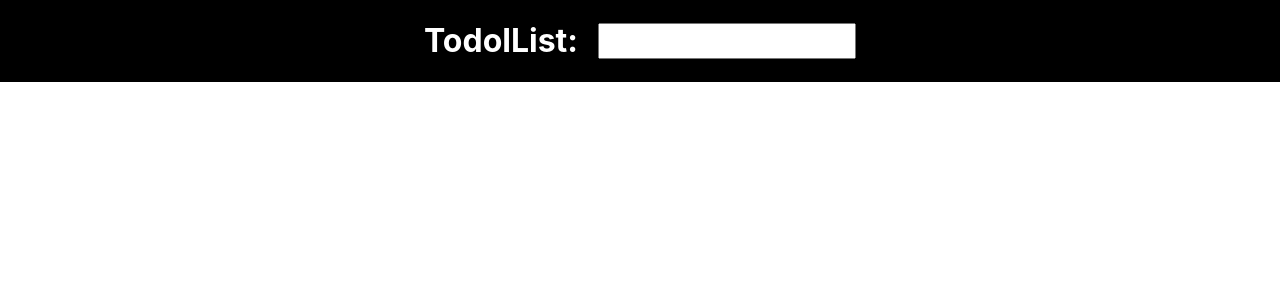
Repository: zhenzhen-gong/react-learning
Page: /login
The author's editor kept a copy of each file at every save. The page is drawn from the files as they stood at one save, then again after the next save.
The browser window is 1280 px wide. The pictures show the whole page.
The project was rebuilt for these pictures with package versions that can differ from the ones it lists, and the page was loaded fresh each time.

Above is the page before, as saved 2021-04-16 17:24:29.

After the next save:
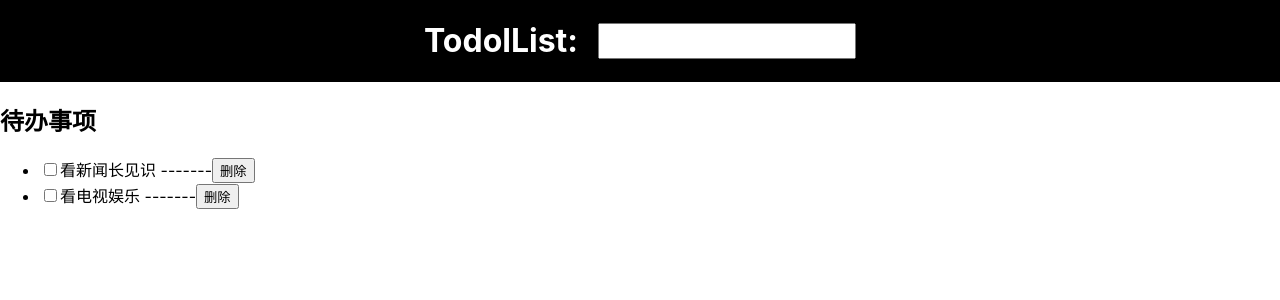
Saved 18 min 18 s later.
--- a/src/component/todolList/todolList.js
+++ b/src/component/todolList/todolList.js
@@ -6,7 +6,28 @@ class TodolList extends Component {
     constructor(props) {
         super(props)
         this.state = {
-            itemList: []
+            itemList: [
+                {
+                    title: '看书学习',
+                    checked: true
+                },
+                {
+                    title: '看新闻长见识',
+                    checked: false
+                },
+                {
+                    title: '踢足球健身',
+                    checked: true
+                },
+                {
+                    title: '看电视娱乐',
+                    checked: false
+                },
+                {
+                    title: '做饭陶冶情操',
+                    checked: true
+                }
+            ]
         }
     }
 
@@ -14,11 +35,23 @@ class TodolList extends Component {
         return (
             <div>
                 <div className="title">
-                <h1>TodolList: </h1>
-                <input type='text'/>
+                  <h1>TodolList: </h1>
+                  <input type='text'/>
                 </div>
-
-
+                <div>
+                    <h2>待办事项</h2>
+                    <ul>
+                        {
+                            this.state.itemList.map((item, key) => {
+                                if (!item.checked) {
+                                 return <li key={key}>
+                                     <input type="checkbox" checked={item.checked}/>
+                                     {item.title} -------<button>删除</button></li>
+                                }
+                            })
+                        }
+                    </ul>
+                </div>
             </div>
         )
     }
